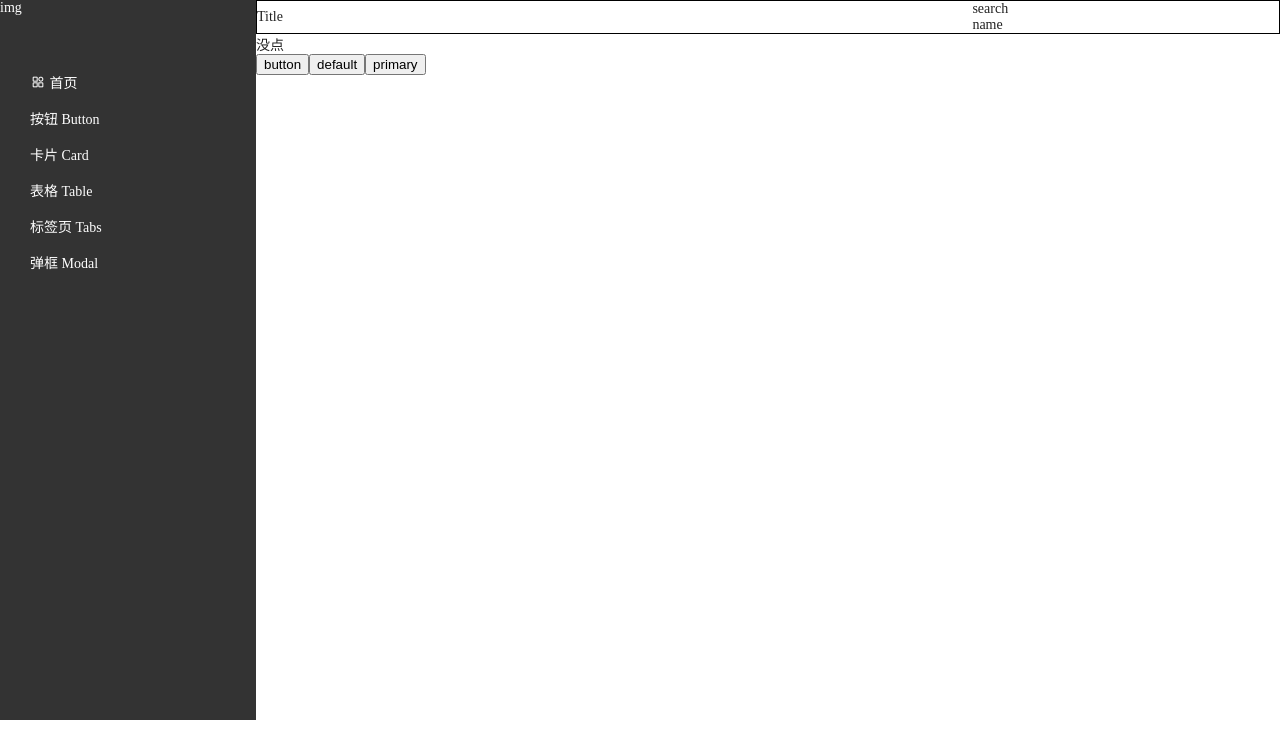
Repository: wyhsunflower/koalaUI
Page: /
An editor plug-in stored every save of this project. The page is shown before and after the next save, followed by the edit.
The browser window is 1280 px wide. The pictures show the whole page.
The project was rebuilt for these pictures with package versions that can differ from the ones it lists, and the page was loaded fresh each time. Also part of the build but not shown: webpack.config.js, src/components/Modal/Modal.vue. Imported but missing from the stored project, and not drawn on this page: src/views/go/go2.vue.

Above is the page before, as saved 2020-03-12 21:49:48.

### index.html
<!DOCTYPE html>
<html lang="en">
<head>
    <meta charset="UTF-8">
    <title>koala's UI</title>
</head>
<body>
<div id="app"></div>
</body>
</html>

### src/index.js
import Vue from 'vue';
import App from './app';
import './components/components.js'
import './styles/global.scss';
import './styles/iconfont/icon.scss'
import router from './router/route';


new Vue({
    router,
    render(h) {
        return h(App);
    }
}).$mount('#app');

### src/app.vue
<template>
    <div id="app" class="container">
        <SideBar></SideBar>
        <div class="right">
            <Header></Header>
            <div class="main">
                <transition>
                 <router-view></router-view>
                </transition>
            </div>
        </div>
    </div>
</template>
<script>
    import SideBar from './SideBar';
    import Header from './Header';
    export default {
        name: "app",
        components:{
            SideBar,
            Header
        },
    }
</script>

<style lang="scss" scoped>
    @import "styles/global";
    .container{
        width: 100%;
        display: flex;
        flex-flow: row nowrap;
        height: 100%;
    }
    .right{
        width: 80%;
        height: 100%;
    }
        .main{
            width: 100%;
            height: 100%;
        }
</style>

### src/components/components.js
import Vue from 'vue'
import Button from './Button/Button';
import Modal from './Modal/Modal';

Vue.component('Button',Button);
Vue.component('Modal',Modal);

### src/styles/global.scss
$font-color: rgba(0,0,0, 0.87);
$color-btn-default:#ccc;
$color-btn-primary:#2196f3;
* {
    box-sizing: border-box;
}
html, body {
    margin: 0;
    padding: 0;
}
html{
    width: 100%;
    height: 100%;
    outline: none;
}
body {
    color: $font-color;
    font-size: 14px;
    height: 100%;
    width: 100%;
}

### src/styles/iconfont/icon.scss
@font-face {font-family: "iconfont";
  src: url('./iconfont.eot?t=1575969178796'); /* IE9 */
  src: url('./iconfont.eot?t=1575969178796#iefix') format('embedded-opentype'), /* IE6-IE8 */
       url('./iconfont.woff?t=1575969178796') format('woff'),
       url('./iconfont.ttf?t=1575969178796') format('truetype'), /* chrome, firefox, opera, Safari, Android, iOS 4.2+ */
       url('./iconfont.svg?t=1575969178796#iconfont') format('svg'); /* iOS 4.1- */
}
.iconfont {
  font-family: "iconfont" !important;
  font-size: 16px;
  font-style: normal;
  -webkit-font-smoothing: antialiased;
  -moz-osx-font-smoothing: grayscale;
}
.icon-all:before {
  content: "\e6ef";
}

### src/router/route.js
import Router from 'vue-router';
import Vue from 'vue';
//import Home from '../app';
//import Button from '../components/Button/Button';
import Home from '../views/home';


const routerListDir=[];

function importAllRouter(r) {
    r.keys().forEach(
        (key)=>routerListDir.push(r(key).default)
    )
}

importAllRouter(require.context('../router',true,/\.router\.js/));
Vue.use(Router);
console.log(routerListDir);

export default new Router({
    routes: [
        ...routerListDir,
        { path: '/',component:Home},
        //{ path: '/button',component:Button},
    ]
});

### src/SideBar.vue
<template>
    <div class="side">
        <div class="top">
            <div>img</div>
            <!--<img src="./static/img/logo.jpg">-->
        </div>
        <ul class="side-list">
            <li v-for="x of lists">
                <i class="iconfont" :class="x.icon"></i>
                {{x.name}}
            </li>
        </ul>
    </div>
</template>

<script>
    export default {
        name: "SideBar",
        data(){
            return{
                lists:[
                    {
                        name:'首页',
                        icon:'icon-all',
                    },
                    {
                        name:'按钮 Button',
                        icon:'button',
                    },
                    {
                        name:'卡片 Card',
                        icon:'card',
                    },
                    {
                        name:'表格 Table',
                        icon:'table',
                    },
                    {
                        name:'标签页 Tabs',
                        icon:'tabs',
                    },
                    {
                        name:'弹框 Modal',
                        icon:'modal',
                    },
                ],
            }
        },
    }
</script>

<style lang="scss" scoped>
    .side {
        max-width: 300px;
        width: 20%;
        background: rgba(0,0,0,.8);
        height: 100%;
        color: #fff;
    }
    .top {
        height: 50px;
    }
    ul{
        list-style: none;
        padding: 0;
    }
    li{
        padding: 8px 30px;
        &:hover{background: rgba(0,0,0,.2);}
    }
</style>

### src/Header.vue
<template>
    <div class="header">
        <div class="title">Title</div>
        <div class="right">
            <div class="search">search</div>
            <div class="config">name</div>
        </div>
    </div>
</template>

<script>
    export default {
        name: "Header"
    }
</script>

<style lang="scss" scoped>
    .header{
        width: 100%;
        display: flex;
        justify-content: space-between;
        align-items: center;
        border: 1px solid #000;
    }
    .title{
        width: 60%;
    }
    .right{
        width: 30%;
    }
</style>

### src/components/Button/Button.vue
<template>
    <component
            class="mc-button"

            is="button"
            @click="onClick"
    >
        <slot></slot>
    </component>
</template>

<script>
    //type color icon
    export default {
        name: "Button",
        props:['self','type','color'],
        data(){
            return{
            }
        },
        components:{

        },
        computed:{
            buttonType(){
                return `koala-button-${this.type}`
            },
        },
        methods:{
            onClick(e){
                this.$emit('click', e);
            }
        },
        mounted(){
        },
    }
</script>

<style lang="scss" scoped >
    @import "../../styles/global.scss";
.koala-button{
    padding: 8px 10px;
    background-color:#ccc;
    min-width: 4.5rem;
    border-radius: .25rem;
    color: #fff;
    outline: none;
    border: none;
    cursor: pointer;
    font-size: .875rem;
    font-weight: 300;
}
    .koala-button-default{
        background-color:$color-btn-default;
    }
    .koala-button-primary{
        background-color:$color-btn-primary;
    }
</style>

### src/views/home.vue
<template>
    <div class="main-container">
        <div>{{message}}</div>
        <button @click="showModal">button</button>
        <Modal v-if="modal" :self="this" :confirmCallback="confirmWay" :cancelCallback="cancelWay">
            <div>Modal组件</div>
            <div>Modal组件</div>
            <div>Modal组件</div>
            <div>Modal组件</div>
            <div>Modal组件</div>
            <div>Modal组件</div>
        </Modal>
        <Button @click="clicked('default')" type="default">default</Button>
        <Button @click="clicked('primary')" type="primary">primary</Button>
    </div>
</template>

<script>
    // import Modal from '../components/Modal/Modal.vue'
    // import Button from '../components/Button/Button.vue'
    export default {
        name: "home",
        data(){
            return{
                modal:false,
                message:'没点'
            }
        },
        // components:{
        //     Button
        // },
        methods:{
            showModal(){
                this.modal = true
            },
            confirmWay(){
                this.message = '确定'
            },
            cancelWay(){
                this.message = '取消了'
            },
            clicked(name){
                alert(name)
            },
        },
    }
</script>

<style scoped>

</style>

### src/router/button.router.js
import Button from '../components/Button/Button';
export default {
    path: '/button',
    name: 'button',
    component:Button,
    children:[]
}

### src/router/modal.router.js
import Modal from '../components/Modal/Modal';
export default {
    path: '/modal',
    name: 'modal',
    component:Modal,
}

### src/router/sample.router.js
import Sample from '../views/go/go2.vue';
export default {
    path: '/sample',
    name: 'sample',
    component:Sample,
}

After the next save:
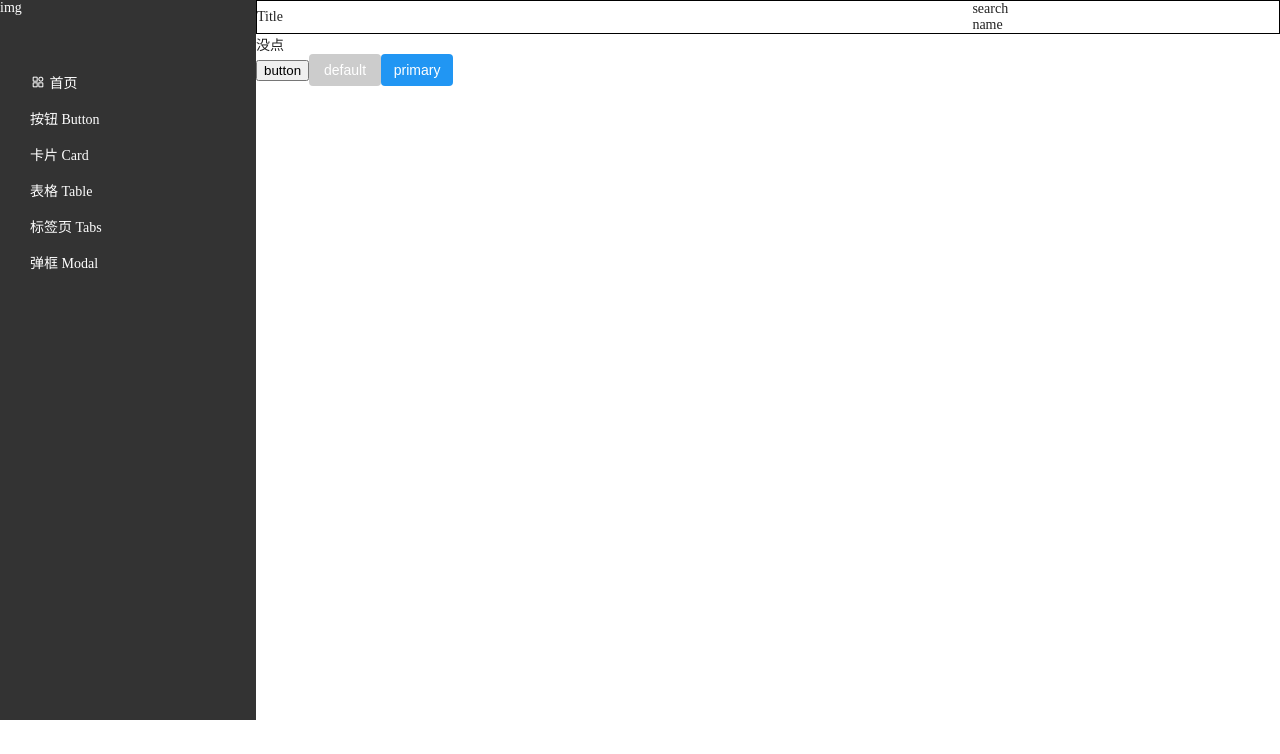
Saved 55 s later.
--- a/src/components/Button/Button.vue
+++ b/src/components/Button/Button.vue
@@ -1,7 +1,7 @@
 <template>
     <component
-            class="mc-button"
-
+            class="koala-button"
+            :class="buttonType"
             is="button"
             @click="onClick"
     >
